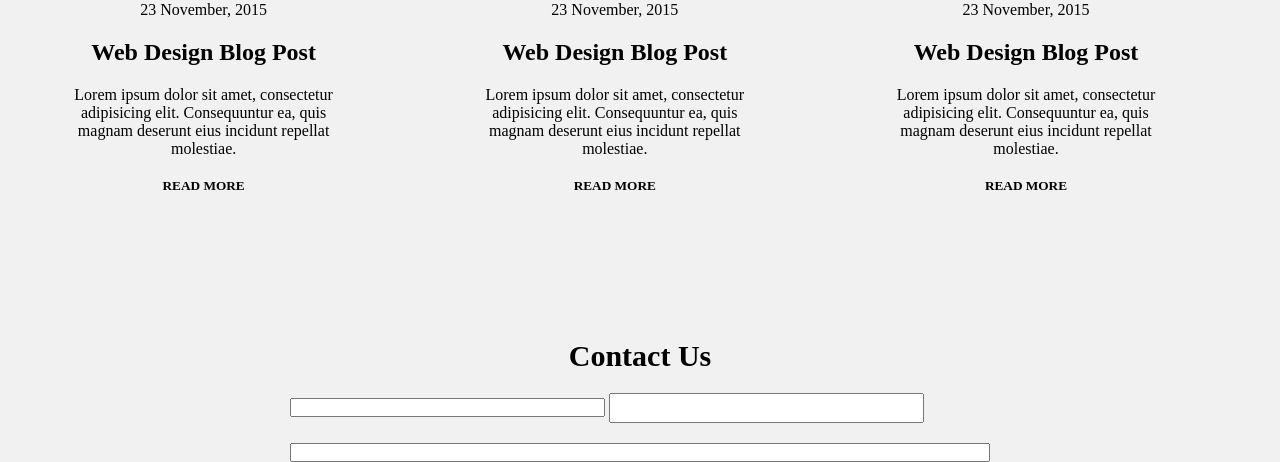
Repository: Ahmedalid/New-project
Page: Rout/index.html
These files come from the project's save history. The page is drawn as it stood at one moment and after a run of saves; the edit follows.
The browser window is 1280 px wide. The pictures show the part of the page from y = 3461 to 3934 px (the page is 3923 px tall before and 3934 px after).
A picture or video elsewhere on the page could not be fetched, so the positions and the page height are approximate.

Above is the page before, as saved 2023-05-24 19:50:22.

### Rout/index.html
<!DOCTYPE html>
<html lang="en">

<head>
    <meta charset="UTF-8">
    <meta http-equiv="X-UA-Compatible" content="IE=edge">
    <meta name="viewport" content="width=device-width, initial-scale=1.0">
    <link rel="stylesheet" href="https://cdnjs.cloudflare.com/ajax/libs/font-awesome/6.4.0/css/all.min.css">
    <link rel="stylesheet" href="css/style.css">
    <title>Document</title>
</head>

<body>
    <div class="bg-img" style="background-image: url(img/slider-02.jpg);">

        <div class="container pt">
            <div class="header-nav logo-nav">
                <h2>Fokir</h2>
            </div>
            <div class="header-nav">
                <ul>
                    <li><span class="nav-home">Home</span></li>
                    <li>About</li>
                    <li>Services </li>
                    <li>Portfolio</li>
                    <li>Testimonial</li>
                    <li>Blog </li>
                    <li>Contact</li>


                </ul>

            </div>
        </div>
        <div class="auto container">
            <h4 class="mt">Hello i'm</h4>
            <h1 class="mt">ALEX SMITH</h1>
            <p class="mt">Professional Web DesignerDesignerDeveloper</p>
        </div>

    </div>
    <div class="section-mt">
        <div class="section-2 container ">
            <div class="element-1">
                <span>
                    <img src="img/work-7.jpg" alt="Work-7">
                </span>
            </div>
            <div class="element-1">
                <h1><span>I</span>HELLO,</h1>
                <p class="mt">
                    Lorem ipsum dolor sit amet, consectetur adipisicing elit, sed do eiusmod tempor incididunt ut labore
                    et dolore magna aliqua. Ut enim ad minim veniam, quis nostrud exercitation ullamco laboris nisi ut
                    aliquip ex ea commodo consequat. Duis aute irure dolor in reprehenderit in voluptate velit esse
                    cillum dolore eu fugiat nulla pariatur. Excepteur sint occaecat cupidatat non proident, sunt in
                    culpa qui officia deserunt mollit anim id est laborum.
                </p>
                <div class="mt border"> </div>
                <div class="Name mt">
                    <div class="mt">Name: Rdam smith</div>
                    <div class="mt">Age: 26 Year</div>
                    <div class="mt">Freelance: Available</div>
                </div>
                <div class="Name mt">
                    <div class="mt">Job Title: UI/UX Designe</div>
                    <div class="mt">Location: United States, US</div>
                    <div class="mt">E-mail: example@gmail.com</div>
                </div>
                <div class="mt">
                    <button class="btn">Download CV <span><i class="fa fa-download"
                                aria-hidden="true"></i></span></button>

                    <button class="btn">Hire My <span><i class="fa fa-paper-plane"
                                aria-hidden="true"></i></span></button>
                </div>


            </div>
        </div>
    </div>
    <!-- section-3 -->
    <div class="section-bg">
        <section class="section-mt  ">
            <h1 class="pt">Our Services</h1>
            <div class="mt ">
                <div class="Services text-center">
                    <span class="mt"><i class="fa-solid fa-pen text-color"></i></span>
                    <h2 class="mt">UI/UX DESIGN</h2>
                    <p class="mt"> Lorem ipsum dolor sit amet, consectetur adipisicing elit. Ratione adipisci mollitia
                        quis
                        necstatibus.</p>
                </div>
                <div class="Services text-center">
                    <span class="mt"><i class="fa-solid fa-pen text-color"></i></span>
                    <h2 class="mt">APP DEVELOPMENT</h2>
                    <p class="mt"> Lorem ipsum dolor sit amet, consectetur adipisicing elit. Ratione adipisci mollitia
                        quis
                        necstatibus.</p>
                </div>
                <div class="Services text-center">
                    <span class="mt"><i class="fa-solid fa-pen text-color"></i></span>
                    <h2 class="mt">PRODUCT DESIGN</h2>
                    <p class="mt"> Lorem ipsum dolor sit amet, consectetur adipisicing elit. Ratione adipisci mollitia
                        quis
                        necstatibus.</p>
                </div>
                <div class="Services text-center">
                    <span class="mt"><i class="fa-solid fa-pen text-color"></i></span>
                    <h2 class="mt">UI/UX DESIGN</h2>
                    <p class="mt"> Lorem ipsum dolor sit amet, consectetur adipisicing elit. Ratione adipisci mollitia
                        quis
                        necstatibus.</p>
                </div>

            </div>
        </section>
    </div>
    <!-- section-4 -->
    <div class="">
        <section class="section-mt  ">
            <h1 class="pt">Our Portfolio</h1>
            <div class="text-center">
                <p class="p-Our">All</p>
                <p class="p-Our">GRAPHIC</p>
                <p class="p-Our">WEB DESIGN</p>
                <p class="p-Our">PRADNIG</p>
            </div>
            <div class="mt container">
                <div class="Portfolio text-center">
                    <span>
                        <img src="img/1.jpg" alt="">
                    </span>
                </div>
                <div class="Portfolio text-center">
                    <span>
                        <img src="img/2.jpg" alt="">
                    </span>
                </div>
                <div class="Portfolio text-center">
                    <span>
                        <img src="img/3.jpg" alt="">
                    </span>
                </div>
                <div class="Portfolio text-center">
                    <img src="img/5.jpg" alt="">
                </div>
                <div class="Portfolio text-center">
                    <img src="img/4.jpg" alt="">
                </div>
                <div class="Portfolio text-center">
                    <img src="img/6.jpg" alt="">
                </div>

            </div>
        </section>
    </div>

    <div class="section-bg">
        <section class="section-mt  ">
            <div class="mt ">
                <div class="Services text-center">
                    <span class="mt"><i class="fa-solid fa-pen text-color"></i></span>
                    <h2 class="mt">7</h2>
                    <p class="mt">Lorem, ipsum dolor.</p>
                </div>
                <div class="Services text-center">
                    <span class="mt"><i class="fa-solid fa-pen text-color"></i></span>
                    <h2 class="mt">9</h2>
                    <p class="mt"> Lorem ipsum dolor sit..</p>
                </div>
                <div class="Services text-center">
                    <span class="mt"><i class="fa-solid fa-pen text-color"></i></span>
                    <h2 class="mt">5</h2>
                    <p class="mt">Lorem ipsum dolor sit..</p>
                </div>
                <div class="Services text-center">
                    <span class="mt"><i class="fa-solid fa-pen text-color"></i></span>
                    <h2 class="mt">7</h2>
                    <p class="mt"> Lorem, ipsum dolor.</p>
                </div>

            </div>
        </section>
    </div>
    <section class="section-mt">
        <h1 class="text-center">Client's Feedback</h1>
        <div class="text-center mt">
            <img src="img/2 (1).jpg" alt="" class="w-3">
        </div>
    </section>
    <div class="section-bg">
        <section class="section-mt  ">
            <h1 class="pt">Our Blog</h1>
            <div class="mt ">
                <div class="Blog text-center">
                    <span class="mt">
                        <img src="img/1 (1).jpg" alt="">
                    </span>
                    <p class="mt">23 November, 2015</p>
                    <h2 class="mt"> Web Design Blog Post </h2>
                    <p class="mt">Lorem ipsum dolor sit amet, consectetur adipisicing elit. Consequuntur ea, quis magnam deserunt
                        eius incidunt repellat molestiae.</p>
                        <h5 class="mt">READ MORE </h5>


                </div>
                <div class="Blog text-center">
                    <span class="mt">
                        <img src="img/1 (1).jpg" alt="">
                    </span>
                    <p class="mt">23 November, 2015</p>
                    <h2 class="mt"> Web Design Blog Post </h2>
                    <p class="mt">Lorem ipsum dolor sit amet, consectetur adipisicing elit. Consequuntur ea, quis magnam deserunt
                        eius incidunt repellat molestiae.</p>
                        <h5 class="mt">READ MORE </h5>


                </div>
                <div class="Blog text-center">
                    <span class="mt">
                        <img src="img/1 (1).jpg" alt="">
                    </span>
                    <p class="mt">23 November, 2015</p>
                    <h2 class="mt"> Web Design Blog Post </h2>
                    <p class="mt">Lorem ipsum dolor sit amet, consectetur adipisicing elit. Consequuntur ea, quis magnam deserunt
                        eius incidunt repellat molestiae.</p>
                        <h5 class="mt">READ MORE </h5>


                </div>



            </div>
        </section>
        <section class="section-mt">
            <div class="text-center">
                <h1>Contact Us</h1>

            </div>
            <div class="Contact">
                <div class="mt">
                    <input type="text" class="w-5" name="" id="">
                <input type="text" name="" id="" class="w-5 input-l h-input">
                <input type="text" class="w-10 mt" name="" id="">
                </div>
            </div>
        </section>
    </div>
</body>

</html>

### Rout/css/style.css
*{
    margin: 0;
    padding: 0;
    box-sizing: border-box;
}
.container{
    margin: auto 111px;
}
.bg-img{
    background-repeat: no-repeat;
    background-size: cover;
    height: 100vh;
}
.header-nav{
    display: inline-block;
    width: 49%;
    color: white;
}
.pt{
    padding-top: 25px;
}
.mt{
    margin-top: 20px;
}
.logo-nav h2{
    color: #ff305b;
    font-weight: bold;
    cursor: pointer;
    transition: 1.5s;
}
.logo-nav h2:hover{
    text-decoration: underline;
}
.header-nav ul li{
    display: inline-block;
    padding-left: 17px;
}
.nav-home{
    color: #ff305b;
}
.header-nav ul li:hover{
    text-decoration: underline;
    color: #ff305b;
    cursor: pointer;
}
.auto{
    /* margin: auto; */
    padding-top: 230px;
    color: white;
    text-align: center;
    font-weight: bold;
}
.element-1{
    display: inline-block;
    width: 49%;
    vertical-align: top;
}
.element-1 h1 span{
    color: #ff305b;
}
.border{
    border: dotted 1px black;
}
.Name{
    display: inline-block;
    width: 48%;
}
.section-mt{
    margin-top: 30px;
}
.btn{
    border: none;
    outline: none;
    background-color: #ff305b;
    color: white;
    padding: 12px;
    border-radius: 10px;
    cursor: pointer;
    transition: 0.5s;
}
.btn:hover{
    background-color: #ec2403;
}
.btn span i{
    margin-left: 7px;
}
.section-mt h1{
    text-align: center;
    font-size: 30px;
    font-weight: bold;
    padding-top: 100px;
}
.section-bg{
    background-color: #f1f1f1;

}
.Services{
    margin: auto 50px;
    display: inline-block;
    width: 15%;
    padding: 15px;
    cursor: pointer;
    transition: width 2s;
}
.text-color{
    color: #ff305b;
}
.text-center{
    text-align: center;
}
.Services:hover{
    background-color: white;
    width: 20%;

}

.Portfolio{
    /* margin: auto 50px; */
    display: inline-block;
    width: 33%;
    /* padding: 15px; */
    cursor: pointer;
    transition: width 2s;
}
img{
    width: 100%;
}
.p-Our{
    display: inline-block;
    text-align: center;
    margin-top: 15px;
    padding-left: 20px;
    transition: all 0.5s;
    cursor: pointer;
}
.p-Our:hover{
    border-bottom: 1px solid #ff305b;
}
.w-3{
    width: 30%;
}
.Blog{
    margin: auto 50px;
    display: inline-block;
    width: 24%;
    padding: 15px;
    cursor: pointer;
    transition: width 2s;
}
.Contact{
    margin: auto 290px;
}
.w-5{
    width: 45%;
}
.h-input{
    height: 30px;
}
.w-10{
    width: 100%;
}
.input-l{
    /* margin-left: 250px; */
}

After the next 5 saves:
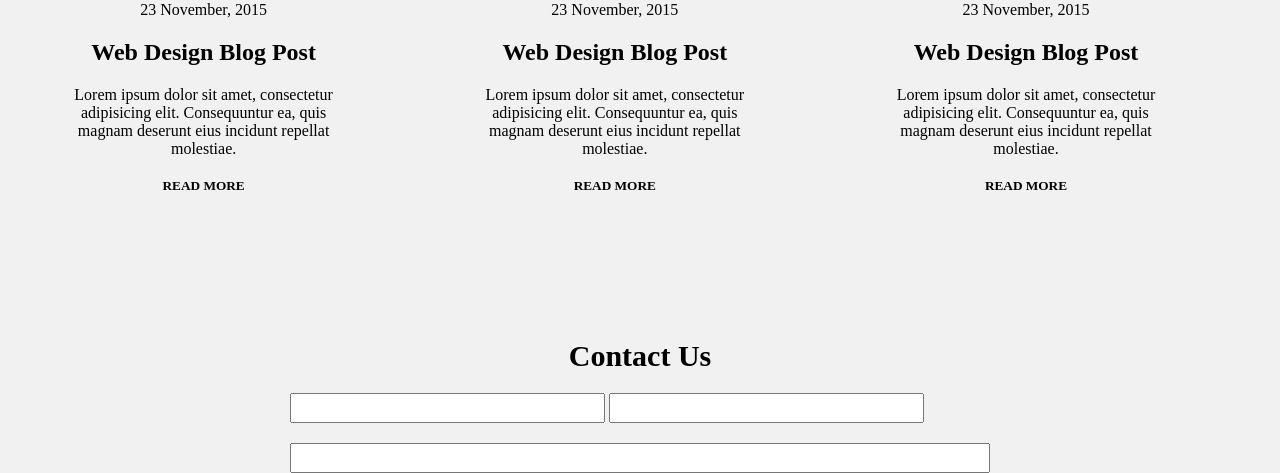
The 5 saves are shown as one change because they came seconds apart.
The last was saved 15 s later.
--- a/Rout/index.html
+++ b/Rout/index.html
@@ -240,9 +240,9 @@
             </div>
             <div class="Contact">
                 <div class="mt">
-                    <input type="text" class="w-5" name="" id="">
+                    <input type="text" class="w-5 h-input" name="" id="">
                 <input type="text" name="" id="" class="w-5 input-l h-input">
-                <input type="text" class="w-10 mt" name="" id="">
+                <input type="text" class="w-10 mt h-input" name="" id="">
                 </div>
             </div>
         </section>
